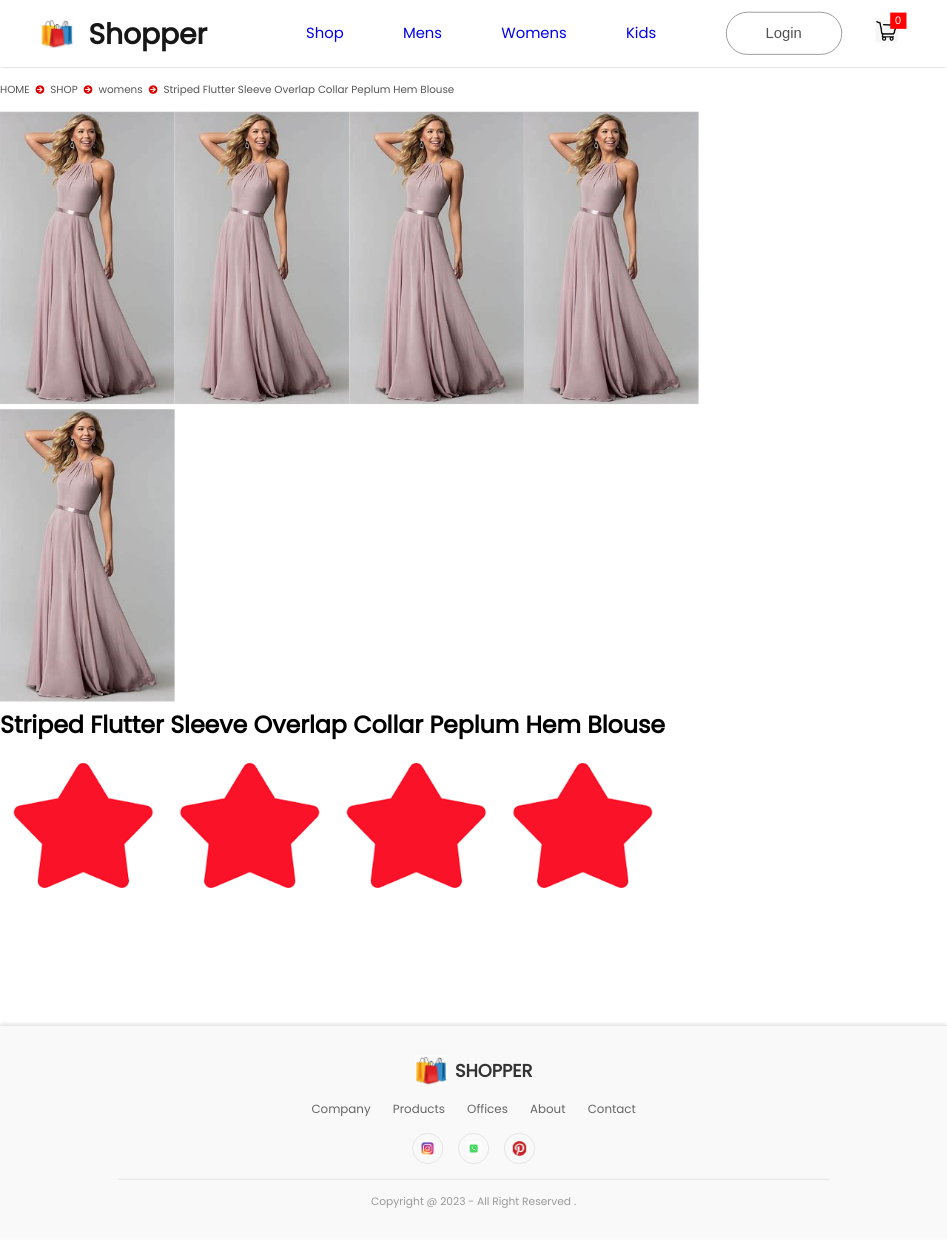
Repository: sshaiv/Shoppie_EcommerceAPP
Page: /product/1
An editor plug-in stored every save of this project. The page is shown before and after the next save, followed by the edit.
The browser window is 1280 px wide. The pictures show the whole page, at 74% of full size.
The project was rebuilt for these pictures with package versions that can differ from the ones it lists, and the page was loaded fresh each time. Also part of the build but not shown: src/App.css, src/Components/Pages/CSS/ShopCategory.css, src/Components/Item/Item.css, src/Components/Item/Item.jsx, src/Components/Pages/ShopCategory.jsx, src/Components/ProductDisplay/ProductDisplay.css, src/Components/Pages/Cart.jsx, src/Components/Pages/CSS/LoginSignup.css and 14 more.

Above is the page before, as saved 2024-07-16 21:45:18.

After the next save:
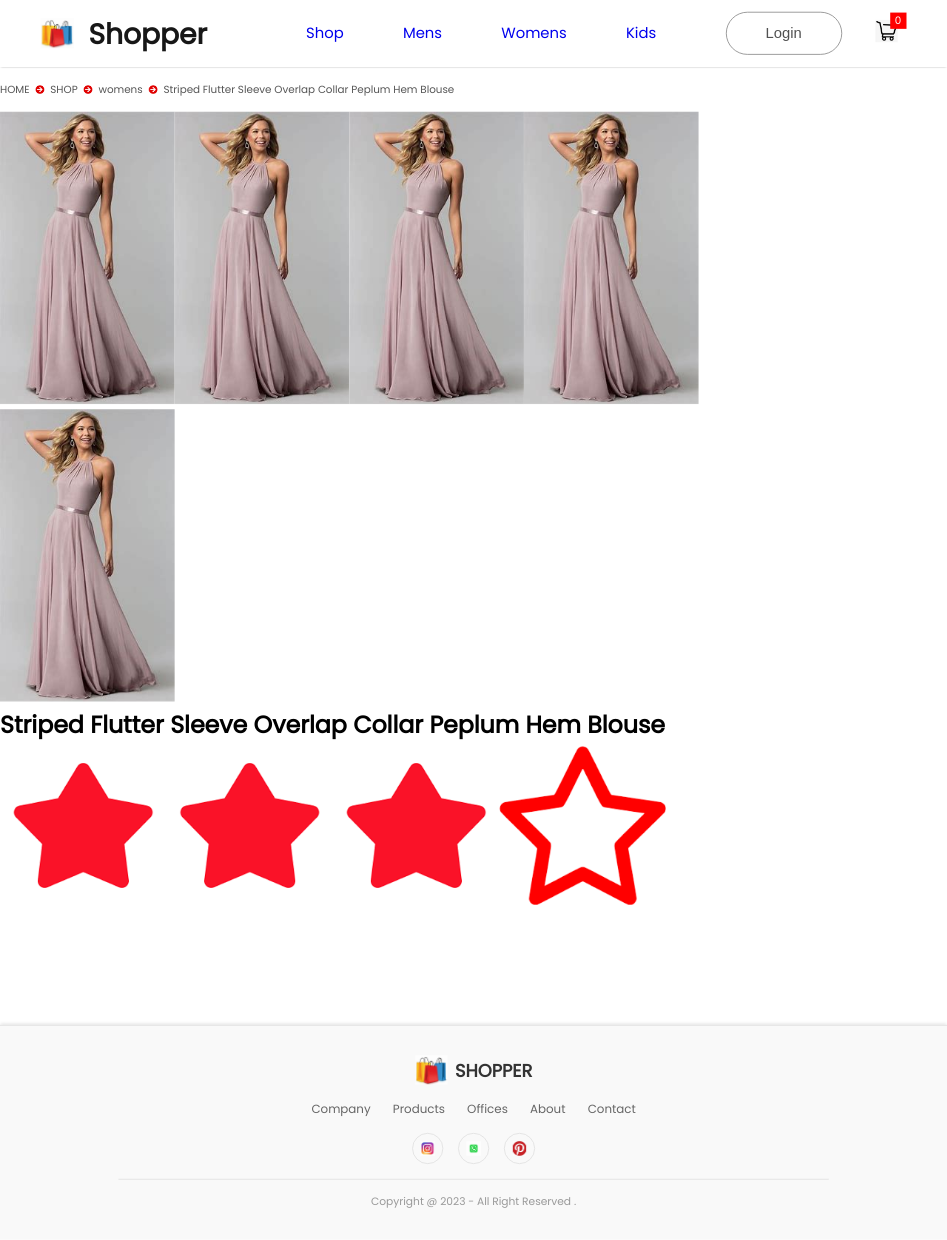
Saved 6 s later.
--- a/src/Components/ProductDisplay/ProductDisplay.jsx
+++ b/src/Components/ProductDisplay/ProductDisplay.jsx
@@ -24,7 +24,7 @@ const ProductDisplay = (props) => {
           <img src={star_icon} alt="" />
           <img src={star_icon} alt="" />
           <img src={star_icon} alt="" />
-          <img src={star_icon} alt="" />
+          <img src={star_dullicon} alt="" />
         </div>
       </div>
     </div>
